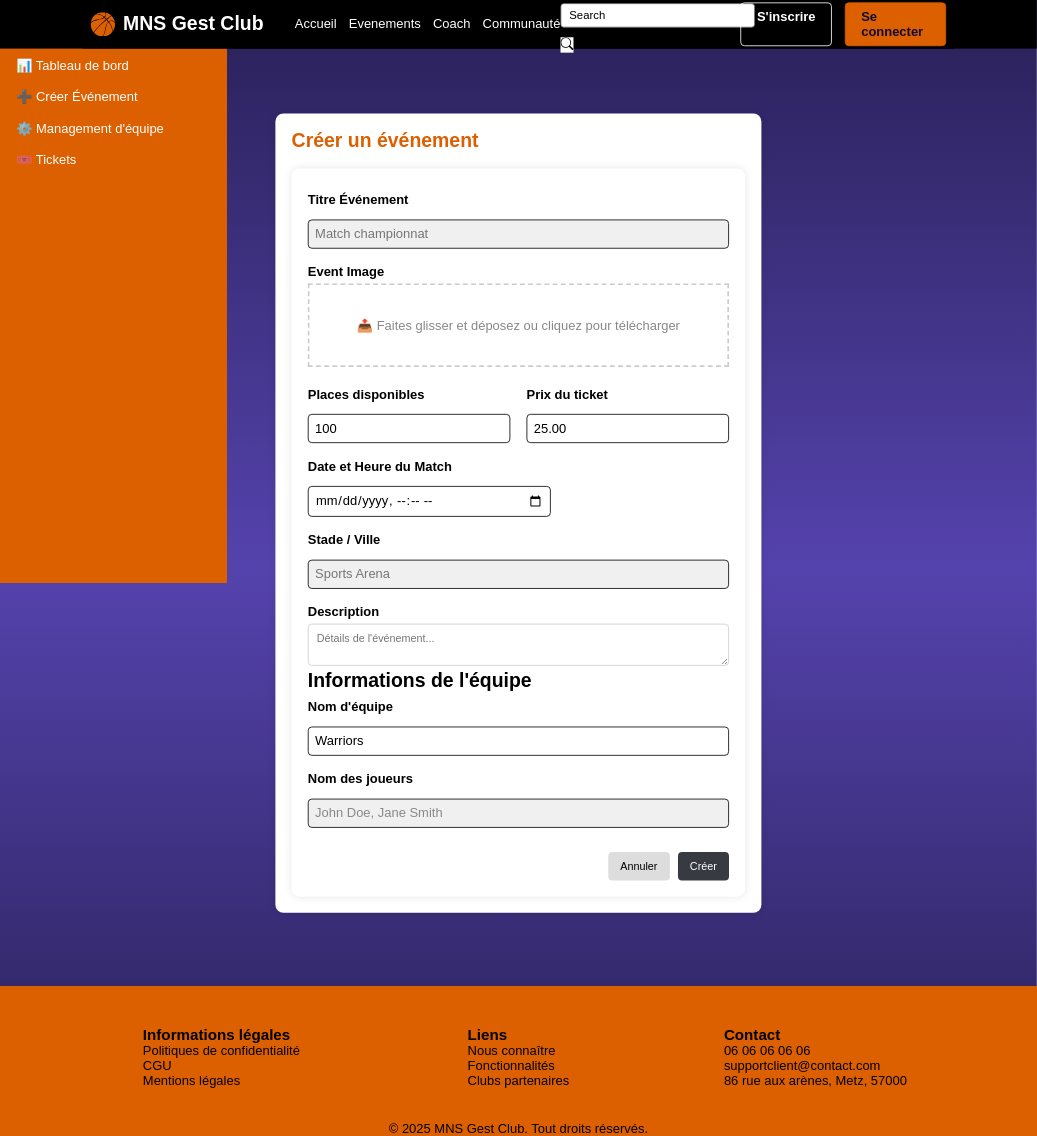
Repository: Sgrini/projetfilrouge
Page: http://localhost/admin.php
These files come from the project's save history. The page is drawn as it stood at one moment and after the next save; the edit follows.
The browser window is 1280 px wide. The pictures show the whole page, at 81% of full size.
Some web fonts or font styles are not loaded; a fallback is used. The page is run by PHP 8.4 with error messages shown; the project is at /var/www/html/.

Above is the page before, as saved 2025-05-07 11:46:54.
Console error: SyntaxError: Identifier 'handleClick' has already been declared

### admin.php
<!DOCTYPE html>
<html lang="fr">

<head>
  <meta charset="UTF-8" />
  <meta name="viewport" content="width=device-width, initial-scale=1.0" />
  <link rel="stylesheet" href="style/main.css" />
  <script src="script.js" defer></script>
  <title>MNS Sport Academy - Admin</title>
</head>

<body>
  <header>
    <div class="container">
      <div class="navbar">
        <div class="logo">
          <img src="./img/basketballicon.svg" alt="basket icon" />
          <a href="index.php">MNS Gest Club</a>
        </div>
        <div class="navbar__main">
          <ul class="links">
            <li><a class="nav__link" href="index.php">Accueil</a></li>
            <li><a class="nav__link" href="events.php">Evenements</a></li>
            <li><a class="nav__link" href="admin.php">Coach</a></li>
            <li><a class="nav__link" href="#">Communauté</a></li>
          </ul>
          <!-- Champ de recherche -->
          <div class="search">
            <input placeholder="Search" class="navbar__input" type="text" />
            <button class="navbar__button">
              <svg viewBox="0 0 16 16" class="bi bi-search" fill="currentColor" height="16" width="16"
                xmlns="http://www.w3.org/2000/svg">
                <path
                  d="M11.742 10.344a6.5 6.5 0 1 0-1.397 1.398h-.001q.044.06.098.115l3.85 3.85a1 1 0 0 0 1.415-1.414l-3.85-3.85a1 1 0 0 0-.115-.1zM12 6.5a5.5 5.5 0 1 1-11 0 5.5 5.5 0 0 1 11 0">
                </path>
              </svg>
            </button>
          </div>
          <!-- Boutons d'inscription et de connexion -->
          <div class="buttons">
            <a href="signup.php" class="action-button pro">S'inscrire</a>
            <a href="login.php" class="action-button">Se connecter</a>
          </div>
        </div>
      </div>
      <div class="burger-menu">
        <div class="burger-menu__nav">
          <a class="burger__logo">
            <img src="./img/basketballicon.svg" alt="" />
          </a>
          <div class="burger__btn">
            <i class="fa-solid fa-bars"></i>
          </div>
        </div>
        <ul class="burger-menu__links">
          <li><a href="index.php">Accueil</a></li>
          <li><a href="events.php">Evenements</a></li>
          <li><a href="admin.php">Coach</a></li>
          <div class="divider"></div>
          <div class="buttons-burger-menu open">
            <a href="#" class="action-button pro">S'inscrire</a>
            <a href="#" class="action-button">Se connecter</a>
          </div>
        </ul>
      </div>
    </div>
  </header>

  <section class="admin__dashboard">
    <div class="sidebar">
      <h2>Tableau de bord</h2>
      <ul>
        <li>📊 Tableau de bord</li>
        <li><a href="admin.html">➕ Créer Événement</a></li>
        <li><a href="team.html">⚙️ Management d'équipe</a></li>
        <li>🎟️ Tickets</li>
      </ul>
    </div>
    <div class="admin__wrapper">
      <h1>Créer un événement</h1>
      <div class="form-container-admin">
        <form>
          <label for="titre">Titre Événement</label>
          <input type="text" id="titre" placeholder="Match championnat" disabled />

          <label for="event-image">Event Image</label>
          <div class="upload-box">
            📤 Faites glisser et déposez ou cliquez pour télécharger
          </div>

          <div class="inline-fields">
            <div>
              <label for="places">Places disponibles</label>
              <input type="number" id="places" value="100" />
            </div>
            <div>
              <label for="prix">Prix du ticket</label>
              <input type="text" id="prix" value="25.00" />
            </div>
          </div>

          <div class="calendar-container">
            <label for="date-time">Date et Heure du Match</label>
            <input type="datetime-local" id="date-time">
          </div>

          <label for="stade">Stade / Ville</label>
          <input type="text" id="stade" placeholder="Sports Arena" disabled />

          <label for="description">Description</label>
          <textarea id="description" placeholder="Détails de l'événement..."></textarea>

          <h2>Informations de l'équipe</h2>

          <label for="team">Nom d'équipe</label>
          <input type="text" id="team" value="Warriors" />

          <label for="players">Nom des joueurs</label>
          <input type="text" id="players" value="John Doe, Jane Smith" disabled />

          <div class="button-group">
            <button type="button" class="cancel">Annuler</button>
            <button type="submit" class="create">Créer</button>
          </div>
        </form>
      </div>
    </div>
  </section>


  <footer>
    <div class="footer__contenu-wrapper">
      <div class="contenu-footer">
        <div class="footer__bloc-wrapper">
          <div class="bloc">
            <h3>Informations légales</h3>
            <ul class="liste-services">
              <li><a href="#">Politiques de confidentialité</a></li>
              <li><a href="#">CGU</a></li>
              <li><a href="#">Mentions légales</a></li>
            </ul>
          </div>
        </div>
        <div class="footer__bloc-wrapper">
          <div class="bloc">
            <h3>Liens</h3>
            <ul class="liste-informations">
              <li>Nous connaître</li>
              <li>Fonctionnalités</li>
              <li>Clubs partenaires</li>
            </ul>
          </div>
        </div>
        <!-- FOOTER: Informations légales et contact -->
        <div class="footer__bloc-wrapper">
          <div class="bloc footer-contact" id="contact">
            <h3>Contact</h3>
            <ul>
              <li>06 06 06 06 06</li>
              <li>supportclient@contact.com</li>
              <li>86 rue aux arènes, Metz, 57000</li>
            </ul>
          </div>
        </div>
      </div>
      <p class="copyright">© 2025 MNS Gest Club. Tout droits réservés.</p>
    </div>
  </footer>
  <script src="script.js"></script>
</body>

</html>

### style/main.css
@import url("./style.css");
@import url("./navbar.css");
@import url("./login.css");
@import url("./hero.css");
@import url("./features.css");
@import url("./lastsection.css");
@import url("./faq.css");
@import url("./toggle.css");
@import url("./footer.css");
@import url("./responsive.css");
@import url("./events.css");
@import url("./buttons.css");
@import url("./admin.css");
@import url("./team.css");
@import url("./sidebar.css");
@import url("./signup.css");
@import url("./shop.css");

### style/style.css
:root {
  --navbar-height: 60px;
  --primary-color: #dc5f00;
  --secondary-color: #604cc3;
}
* {
  margin: 0;
  padding: 0;
  box-sizing: border-box;
  font-family: "Poppins", sans-serif;
}
body {
  background: #f1f1f1;
  font-family: Arial, Helvetica, sans-serif;
  font-size: 16px;
  display: flex;
  flex-direction: column;
  width: 100%;
}

h1 {
  font-size: 2rem;
  font-weight: extra-bold;
  color: var(--primary-color);
}

li {
  list-style: none;
}

a {
  text-decoration: none;
  color: #fff;
  font-size: 1rem;
}

a.hover {
  color: #6f2dbd;
}

header {
  width: 100%;
  height: var(--navbar-height);
  padding: 0 2rem;
  position: fixed;
  z-index: 1000;
  top: 0;
  background-color: black;
}

.container {
  width: 100%;
  max-width: 768px;
  margin: 0 auto;
  padding: 0 2rem;
}

img {
  width: 30px;
  color: #fff;
}

.cta-nav-color {
  color: white;
}

.logo {
  display: flex;
  justify-content: center;
  gap: 10px;
}

.button__book:hover {
  color: white;
  border: 1px solid #fff;
}

.event {
  display: flex;
  align-items: center;
  border: 1px solid #ccc;
  padding: 15px;
  margin-bottom: 10px;
  border-radius: 5px;
}
.date {
  text-align: center;
  background: #f8f8f8;
  padding: 10px;
  border-radius: 5px;
  margin-right: 20px;
  height: 80px;
  width: 90px;
  border: 1px solid;
}

.date:hover {
  background-color: var(--secondary-color);
  color: white;
}
.date .day {
  font-size: 22px;
  font-weight: bold;
}
.date .month {
  font-size: 14px;
  text-transform: uppercase;
}
.content {
  flex: 1;
}
.title__events {
  text-align: left;
  font-family: "Lucida Sans", "Lucida Sans Regular", "Lucida Grande",
    "Lucida Sans Unicode", Geneva, Verdana, sans-serif;
  margin: 5px 0 10px 0;
  font-size: 18px;
  font-weight: 600;
}
.description {
  font-size: 14px;
}

.separator {
  margin-bottom: 20px;
  margin-top: 20px;
}

### style/navbar.css
.navbar {
  width: 100%;
  max-width: 1440px;
  height: var(--navbar-height);
  display: flex;
  margin: 0 auto;
  justify-content: space-between;
  align-items: center;
  gap: 32px;
  background-color: rgba(0, 0, 0, 0.8);
}

.navbar__main {
  display: flex;
  justify-content: space-between;
  align-items: center;
  width: 100%;
}

.navbar__input {
  font-family: inherit;
  font-size: inherit;
  border: 1px solid #767676;
  color: #767676;
  padding: 5px 10px;
  border-radius: 4px;
  margin-right: -1.5rem;
  height: 30px;
  width: 15rem;
}

.navbar__input::-webkit-input-placeholder {
  font-weight: 400;
  /* color: #767676; */
  color: black;
  font-size: 14px;
}

.navbar__button {
  border: none;
  background-color: #fff;
  margin-top: 0.1em;
}

.navbar__button:hover {
  cursor: pointer;
}

.navbar input:focus {
  outline: none;
}

.navbar .logo {
  min-width: 220px;
  display: flex;
  justify-content: flex-start;
}
.navbar .logo a {
  font-size: 1.5rem;
  font-weight: bold;
}

.navbar .links {
  display: flex;
  gap: 2rem;
  justify-content: space-between;
  align-items: center;
}

.nav__link:hover {
  color: #dc5f00;
}

@media (max-width: 1400px) {
  .navbar {
    padding: 10px;
  }

  .navbar .links {
    gap: 15px;
  }

  .buttons {
    gap: 5px;
  }
}
@media (max-width: 1200px) {
  .navbar {
    flex-direction: column;
    align-items: center;
    gap: 10px;
  }

  .navbar .links {
    flex-direction: column;
    text-align: center;
  }

  .buttons {
    width: 100%;
    display: flex;
    justify-content: center;
  }
}

.navbar .burger-menu-bottom {
  color: #fff;
  font-size: 1.5rem;
  cursor: pointer;
  display: none;
}

### style/hero.css
.hero {
  background-image: url("/img/landingpage.jpg");
  background-size: cover;
  min-height: 100vh;
  position: relative;
  z-index: 1;
  padding: 32px 0;
  display: flex;
  flex-direction: column;
  gap: 96px;
  padding-top: 100px;
}
.hero__overlay {
  position: absolute;
  top: 0;
  bottom: 0;
  left: 0;
  right: 0;
  background-color: black;
  opacity: 0.7;
  z-index: -1;
}

/* HERO HEADER */
.hero__header {
  display: flex;
  flex-direction: column;
  justify-content: center;
  align-items: center;
  color: white;
  z-index: 10;
  gap: 8px;
}
.hero__header-cta {
  display: flex;
  gap: 12px;
  justify-content: center;
  align-items: center;
}

/* HERO MAIN */
.hero__main {
  display: flex;
  flex-wrap: wrap;
  align-items: center;
  justify-content: center;
  gap: 24px;
  padding: 0 64px;
}

.hero__main-left {
  display: flex;
  flex-direction: column;
  width: 50%;
  gap: 16px;
  h2 {
    color: white;
  }
  p {
    color: white;
  }
}
.hero__main-left-list {
  display: flex;
  flex-direction: column;
  gap: 16px;
}
.hero__main-left-list li {
  display: flex;
  align-items: center;

  gap: 16px;
  color: white;
}
.hero__main-left-list li img {
  width: 20px;
  height: auto;
  display: block;
}
.hero__main-right {
  display: flex;
  justify-content: flex-end;
}
.hero__main-right img {
  width: 650px;
  height: auto;
  display: block;
}

@media screen and (max-width: 1480px) {
  .hero__main-right img {
    width: 550px;
  }
}
@media screen and (max-width: 1280px) {
  .hero__main-right img {
    width: 450px;
  }
}
@media screen and (max-width: 1080px) {
  .hero__main {
    flex-direction: column;
  }
}
@media screen and (min-width: 768px) {
  .hero__main {
    justify-content: space-between;
  }
}

### style/features.css
.features {
  /* background-color: #B8D0EB; */
  background-color: black;
  position: relative;
  z-index: 1;
  padding: 32px 0;
  display: flex;
  flex-direction: column;
  gap: 96px;
  padding: 60px 0;
  color: #fff;
}
.features__overlay {
  position: absolute;
  top: 0;
  bottom: 0;
  right: 0;
  right: 0;
  background-color: black;
  opacity: 0.7;
  z-index: -1;
}

/* HERO HEADER */
.features__header {
  display: flex;
  flex-direction: column;
  justify-content: center;
  align-items: center;
  color: white;
  z-index: 10;
  gap: 16px;
}
.features__header-cta {
  display: flex;
  gap: 16px;
  justify-content: center;
  align-items: center;
}

/* HERO MAIN */
.features__main {
  display: flex;
  flex-wrap: wrap;
  align-items: center;
  justify-content: space-between;
  gap: 24px;
  padding: 0 64px;
}

.features__main-right {
  display: flex;
  flex-direction: column;
  width: 50%;
  gap: 16px;
  /* h2{
        color: #63C7B2;
        };
        p{
            color: #63C7B2;
            }; */
}

.features__main-right-list {
  display: flex;
  flex-direction: column;
  gap: 16px;
}
.features__main-right-list li {
  display: flex;
  align-items: center;

  gap: 16px;
}
.features__main-right-list li img {
  width: 20px;
  height: auto;
  display: block;
}
.features__main-left {
  display: flex;
  justify-content: flex-end;
}
.features__main-left img {
  width: 650px;
  height: auto;
  display: block;
}

@media screen and (max-width: 1480px) {
  .features__main-left img {
    width: 550px;
  }
}
@media screen and (max-width: 1280px) {
  .features__main-left img {
    width: 450px;
  }
}
@media screen and (max-width: 1080px) {
  .features__main {
    flex-direction: column-reverse;
  }
}
@media screen and (min-width: 768px) {
  .features__main {
    justify-content: space-between;
  }
}

### style/toggle.css
.burger-menu {
  display: none;
  /* height: 310px; */
  right: 2rem;
  width: 100%;
  background-color: rgba(0, 0, 0, 0.2);
  backdrop-filter: blur(15px);
  border-radius: 10px;
  overflow: hidden;
  transition: height 0.2s cubic-bezier(0.175, 0.885, 0.32, 1.275);
}
.burger-menu__nav {
  display: flex;
  justify-content: space-between;
  align-items: center;
  width: 100%;
  gap: 1rem;
  height: 100%;
  padding: 8px;
  position: relative;
  transition: all 0.3s ease;
}
.burger__btn i {
  color: white;
  font-size: 26px;
}
.burger .burger__logo {
  width: 100px;
  height: 30px;
}
.burger-menu__links.open {
  height: 310px;
}
.burger-menu__links {
  height: 0px;
  transition: height 0.2s ease-in-out;
}
.burger-menu li {
  padding: 0.7rem;
  display: flex;
  justify-content: center;
  align-items: center;
}

.divider {
  height: 1px;
  background-color: #fff;
  width: 80%;
  margin-left: auto;
  margin-right: auto;
  margin-bottom: 1rem;
}

.burger-menu .action-button {
  width: 80%;
  display: flex;
  justify-content: center;
  align-items: center;
}

.buttons-burger-menu {
  display: flex;
  flex-direction: column;
  justify-content: center;
  align-items: center;
  gap: 10px;
}

@media (max-width: 1200px) {
  .navbar {
    display: none;
  }
  .burger-menu {
    display: block;
  }
}

### style/footer.css
footer {
  flex-shrink: 1;
  border-top: 1px #000;
  width: 100%;
  background: var(--primary-color);
  color: black;
  z-index: 2;
}
footer h1 {
  font-size: 10vw;
  text-align: center;
  margin-top: 20px;
  color: #333;
}

.contenu {
  /* grow shrink basis */
  flex: 1 0 auto;
}

.contenu p {
  padding: 5vw 10vw;
  text-align: justify;
}

.contenu-footer {
  display: grid;
  grid-template-columns: 100%;
  justify-content: center;
  padding: 50px 0 30px;
}

.footer__contenu-wrapper {
  margin-left: 20px;
  margin-right: 20px;
}

.footer__bloc-wrapper {
  display: block;
  width: 100%;
  margin-bottom: 12px;
}

/* .bloc {
  margin-left: auto;
  margin-bottom: auto;
} */

/* contact */

.footer-contact p {
  padding: 16px 0;
}

/* Services */

.liste-services,
.liste-information {
  list-style-type: none;
  cursor: pointer;
}

.liste-services a {
  color: black;
}

.copyright {
  text-align: center;
}

@media (min-width: 576px) {
  .footer__contenu-wrapper {
    margin-left: 30px;
    margin-right: 30px;
  }
  .contenu-footer {
    grid-template-columns: repeat(2, 1fr);
  }
}

@media (min-width: 768px) {
  .footer__contenu-wrapper {
    margin-left: 60px;
    margin-right: 60px;
  }
  .contenu-footer {
    grid-template-columns: repeat(3, 1fr);
  }
  .footer__bloc-wrapper {
    display: flex;
    align-items: center;
    justify-content: center;
  }
}

@media (min-width: 992px) {
  .footer__contenu-wrapper {
    margin-left: 90px;
    margin-right: 90px;
  }
  .contenu-footer {
    grid-template-columns: repeat(3, 1fr);
  }
}

### style/responsive.css
@media (min-width: 576px) {
    .container {
        max-width: 540px;
    }
}
@media (min-width: 768px) {
    .container {
        max-width: 720px;
    }
}
@media (min-width: 992px) {
    .container {
        max-width: 960px;
    }
}
@media (min-width: 1200px) {
    .container {
        max-width: 1140px;
    }
}
@media (min-width: 1400px) {
    .container {
        max-width: 1320px;
    }
}

### style/events.css
.events__section {
  margin-top: 60px;
  padding-top: 60px;
  margin-bottom: 8rem;
}

.events__current {
  padding-top: 2rem;
  display: flex;
  flex-wrap: wrap;
}

.events__img-wrapper {
  flex: 100%;
}

@media (min-width: 992px) {
  .events__img-wrapper {
    flex: 0 0 50%;
    padding-left: 2rem;
    padding-right: 2rem;
    order: 1;
  }
}

.events__img {
  width: 100%;
}

.events__current-details {
  flex: 0 0 100%;
  margin-bottom: 2rem;
}

@media (min-width: 992px) {
  .events__current-details {
    flex: 0 0 50%;
    padding-left: 2rem;
    padding-right: 2rem;
    order: 2;
    margin-top: auto;
    margin-bottom: auto;
  }
}

.events__current-details-title {
  margin-bottom: 1rem;
  font-size: 1.8rem;
}

.events__all-button {
  background-color: white;
  color: black;
  border: 1px solid black;
  padding: 10px 20px;
  text-decoration: none;
  cursor: pointer;
  margin-top: 4rem;
}

.events__incoming-button {
  all: unset;
  text-decoration: underline;
  cursor: pointer;
}

### style/team.css
.team__wrapper {
  max-width: 780px;
  margin: auto;
  margin-top: 80px;
  margin-bottom: 90px;
  background: white;
  padding: 20px;
  border-radius: 10px;
  box-shadow: 0px 0px 10px rgba(0, 0, 0, 0.1);
  width: calc(100% - 260px);
  padding: 20px;
}

table {
  width: 100%;
  border-collapse: collapse;
  margin-top: 10px;
}
th,
td {
  border: 1px solid #ddd;
  padding: 10px;
  text-align: left;
}
th {
  background-color: #f4f4f4;
}
.gerer {
  display: flex;
  gap: 10px;
}
.card-wrapper {
  display: flex;
  gap: 20px;
  margin-top: 20px;
}
.card {
  flex: 1;
  background: white;
  padding: 15px;
  border-radius: 8px;
  box-shadow: 0px 0px 5px rgba(0, 0, 0, 0.1);
}
.add-button {
  background-color: black;
  color: white;
  padding: 10px 15px;
  border: none;
  cursor: pointer;
  border-radius: 5px;
  margin-top: 10px;
}
.add-button:hover {
  background-color: var(--primary-color);
  color: black;
  border: 1px solid #fff;
  font-size: medium;
}

### style/sidebar.css
.sidebar {
  width: 280px;
  background: #dc5f00;
  /* opacity: 80%; */
  padding: 20px;
  height: 100vh;
  left: 0;
  top: 0;
  position: fixed;
}

.sidebar h2 {
  font-size: 18px;
  margin-bottom: 20px;
  color: white;
}

.sidebar ul {
  list-style: none;
}

.sidebar ul li {
  padding: 10px 0;
  font-size: 16px;
  cursor: pointer;
  color: white;
}

.sidebar ul li:hover {
  background: #373a40;
  padding-left: 5px;
  border-radius: 10%;
}

### style/signup.css
/* Formulaire */
main {
  display: flex;
  justify-content: center;
  align-items: center;
  height: 80vh;
}

.form__signup-container {
  width: 100%;
  background: white;
  padding: 20px 30px;
  border-radius: 10px;
  box-shadow: 0px 4px 10px rgba(0, 0, 0, 0.1);
  width: 500px;
  text-align: center;
  margin: 0 auto;
}

.signup__main {
  margin-top: 110px;
  margin-bottom: 120px;
}

select {
  width: 100%;
  padding: 10px;
  margin: 10px 0;
  border: 1px solid #ccc;
  border-radius: 5px;
  font-size: 14px;
}

.input-group {
  display: flex;
  gap: 10px;
}

.input-group input {
  width: 50%;
}

.radio-group {
  display: flex;
  justify-content: center;
  align-items: center;
  gap: 15px;
  margin: 10px 0;
}

.signup__gender-choice {
  height: 50%;
}

button:hover {
  background-color: #333;
}

### style/shop.css
.shop__container {
  margin-top: 90px;
  max-width: 996px;
  margin-left: 270px;
  margin-bottom: 80px;
}

.search-filters {
  display: flex;
  gap: 10px;
  margin-bottom: 15px;
}

.search-filters input,
.search-filters select {
  padding: 10px;
  border: 1px solid #ddd;
  border-radius: 5px;
  flex: 1;
}

.filters {
  display: flex;
  gap: 10px;
  margin-bottom: 20px;
}

.filters button {
  padding: 8px 15px;
  border: none;
  background: #ddd;
  border-radius: 5px;
  cursor: pointer;
}

.events {
  display: flex;
  gap: 50px;
  justify-content: space-between;
}

.event-card {
  background: white;
  border-radius: 8px;
  overflow: hidden;
  width: 150%;
  box-shadow: 0px 0px 5px rgba(0, 0, 0, 0.1);
  text-align: center;
}

.event-img {
  background: #e0e0e0;
  height: 150px;
}

.event-info {
  padding: 15px;
}

.event-info h3 {
  font-size: 16px;
  display: flex;
  justify-content: space-between;
  align-items: center;
}

.price {
  font-weight: bold;
  color: black;
}

.event-info p {
  font-size: 14px;
  color: #555;
  margin: 5px 0;
}

.event-info button {
  background: black;
  color: white;
  padding: 8px 15px;
  border: none;
  width: 100%;
  margin-top: 10px;
  cursor: pointer;
}

.pagination {
  display: flex;
  justify-content: center;
  gap: 5px;
  margin-top: 20px;
}

.pagination button {
  padding: 5px 10px;
  border: 1px solid #ddd;
  background: white;
  cursor: pointer;
}

.pagination .active {
  background: black;
  color: white;
}

Loaded but not shown: img/basketballicon.svg (60 lines, source omitted); script.js (10 lines, source omitted); style/login.css (146 lines, source omitted); style/lastsection.css (170 lines, source omitted); style/faq.css (105 lines, source omitted); style/buttons.css (131 lines, source omitted); style/admin.css (139 lines, source omitted)

After the next save:
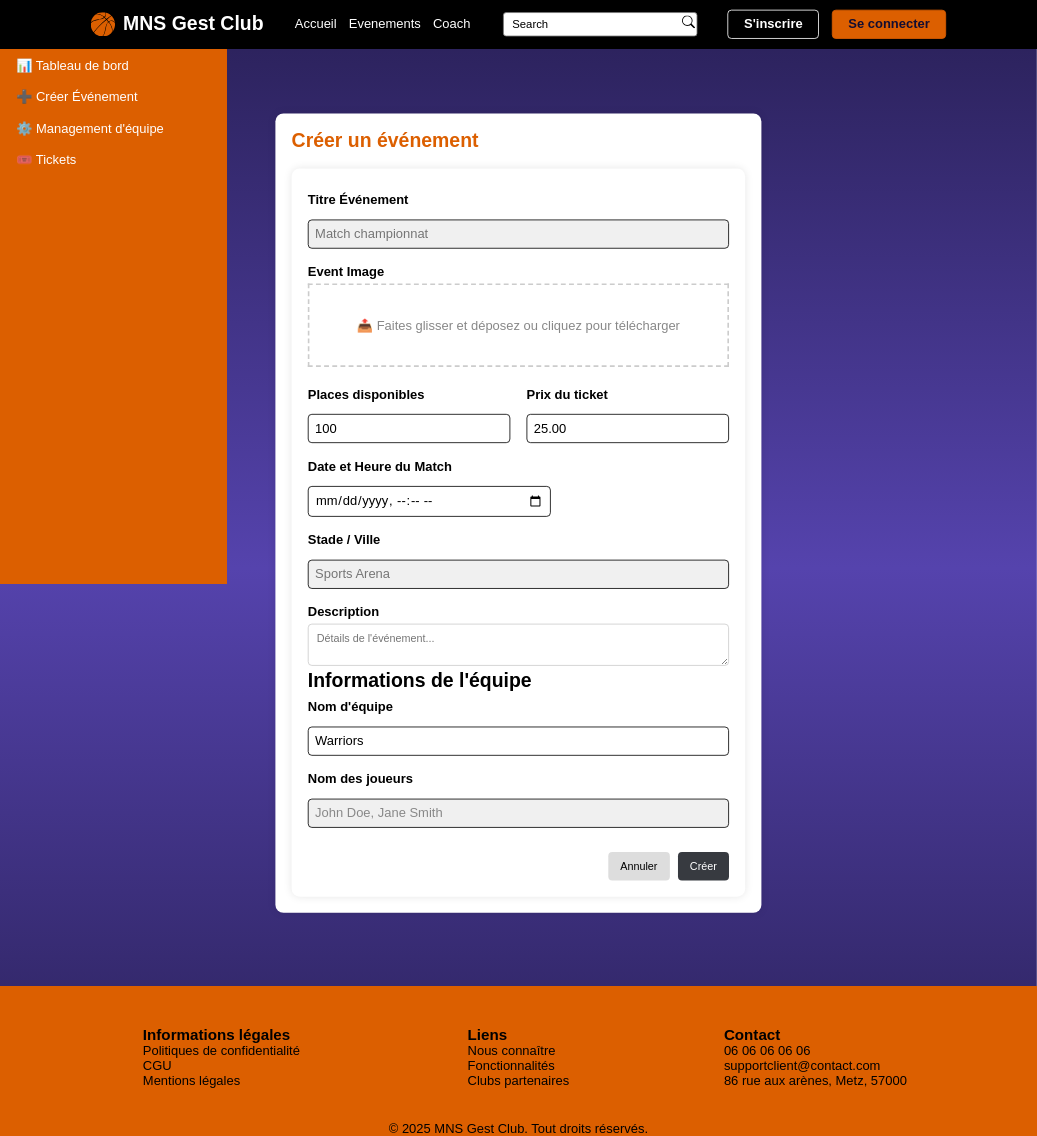
Saved 18 s later.
--- a/admin.php
+++ b/admin.php
@@ -22,7 +22,6 @@
             <li><a class="nav__link" href="index.php">Accueil</a></li>
             <li><a class="nav__link" href="events.php">Evenements</a></li>
             <li><a class="nav__link" href="admin.php">Coach</a></li>
-            <li><a class="nav__link" href="#">Communauté</a></li>
           </ul>
           <!-- Champ de recherche -->
           <div class="search">
